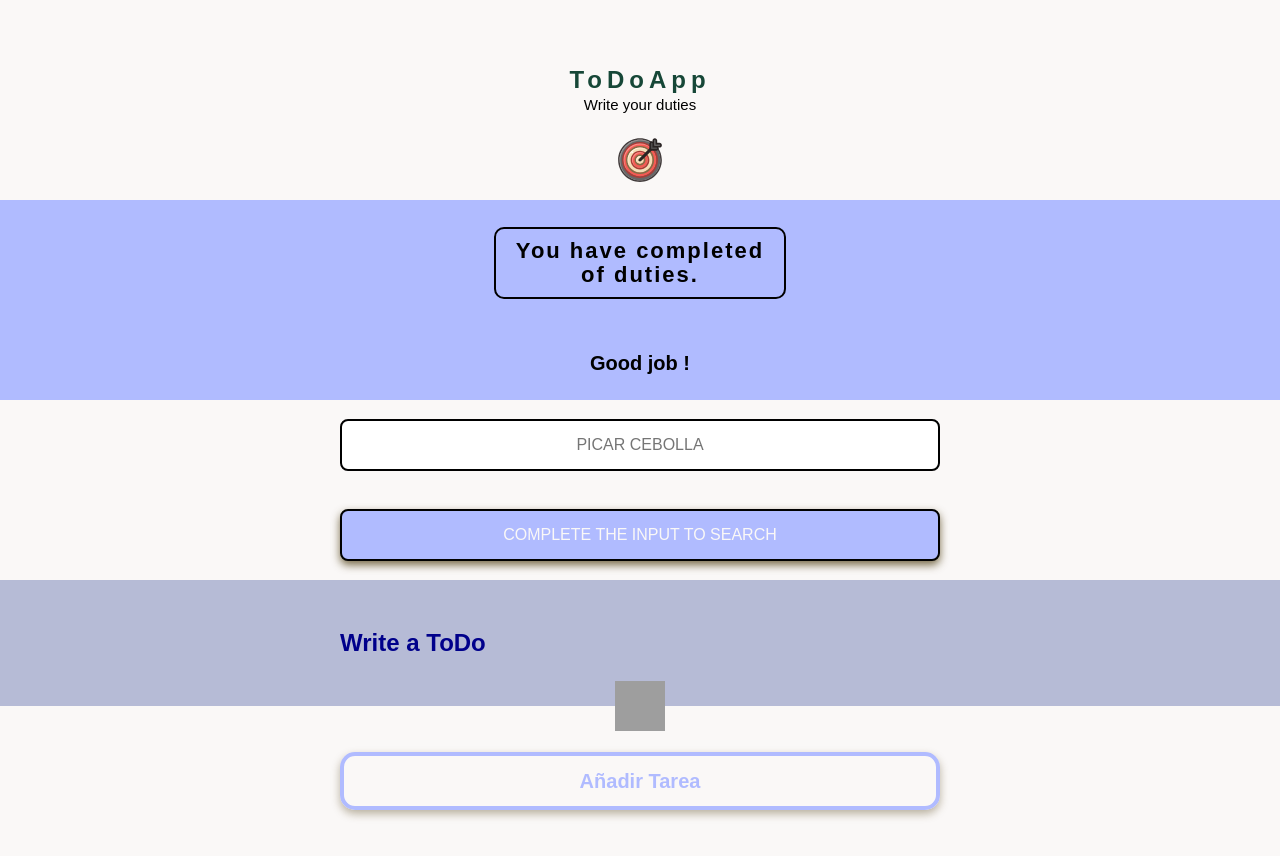
Repository: ChristianGecchelin/to-do-app
Page: /
The author's editor kept a copy of each file at every save. The page is drawn from the files as they stood at one save, then again after the next save.
The browser window is 1280 px wide. The pictures show the whole page.
Pictures or frames that could not be fetched are drawn as grey boxes. The project was rebuilt for these pictures with package versions that can differ from the ones it lists, and the page was loaded fresh each time. Also part of the build but not shown: src/ToDoItem.js, src/Modal/Modal.css, src/Modal/index.js, src/TodoForm/TodoForm.css, src/TodoForm/index.js.

Above is the page before, as saved 2022-01-17 13:10:34.

After the next save:
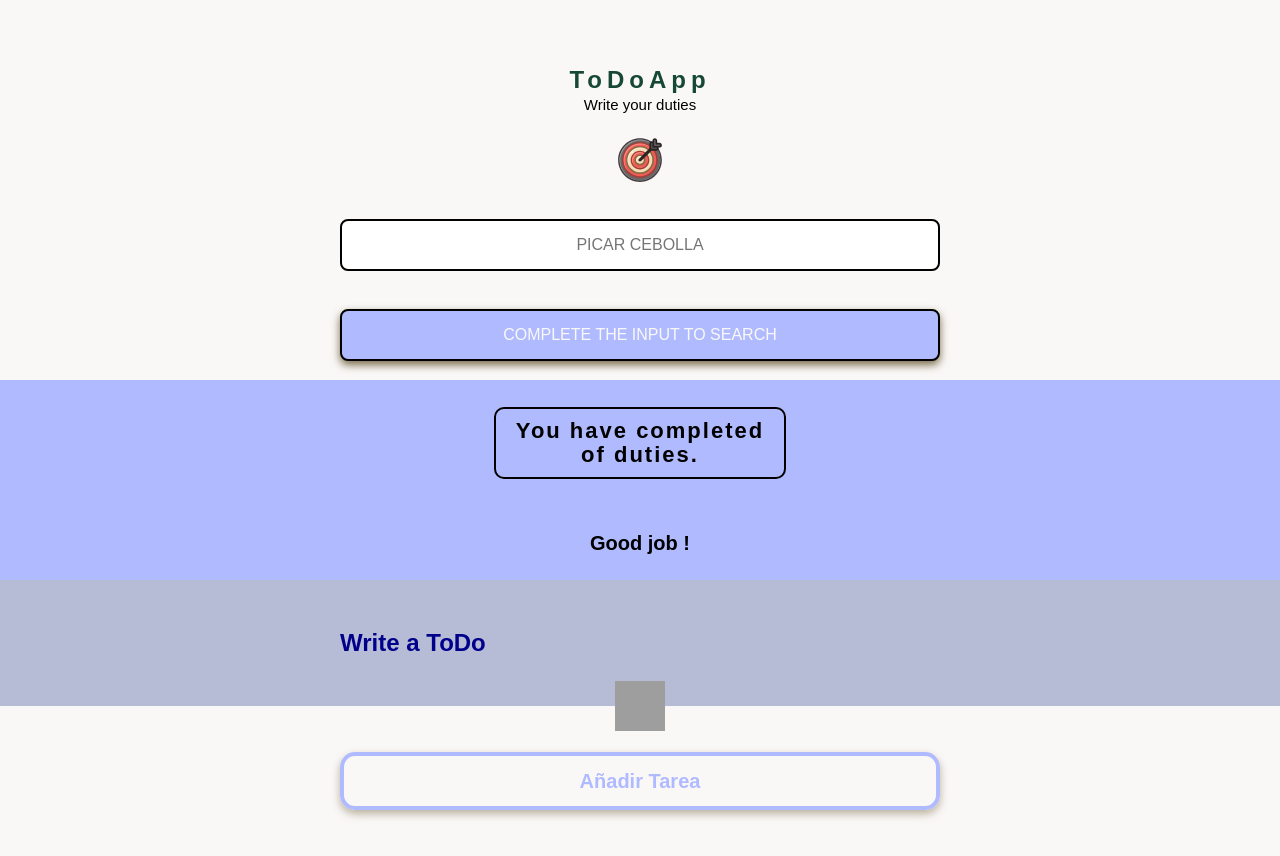
Saved 48 s later.
--- a/src/App/AppUI.js
+++ b/src/App/AppUI.js
@@ -23,9 +23,10 @@ function AppUI() {
   return (
     <>
       <Header />
+      <ToDoSearch />
       {/* a todos les paso las props. todo lo que escribo al lado del componente son props */}
       <ToDoCounter />
-      <ToDoSearch />
+
       <ToDoList>
         {/* declaro tres variables, que luego van a presentar tres situaciones distintas.
         la tercera significa, si loading es false(ya cargó) y el array es vacio muestro ese mensaje */}
